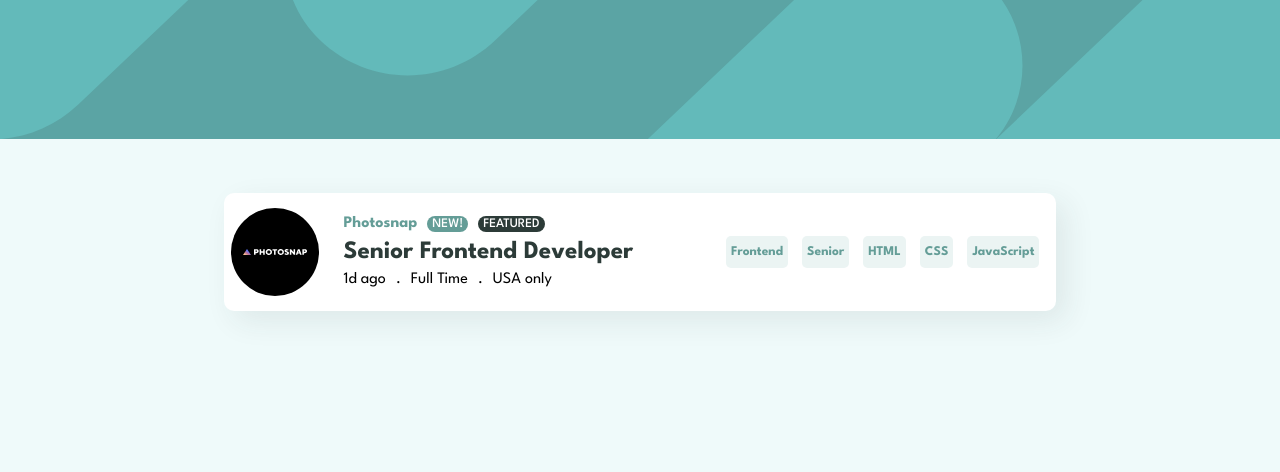
Repository: Eldream12/JobListing
Page: index.html
An editor plug-in stored every save of this project. The page is shown before and after a run of saves, followed by the edit.
The browser window is 1280 px wide. The pictures show the whole page.

Above is the page before, as saved 2025-03-31 21:17:10.

After the next 2 saves:
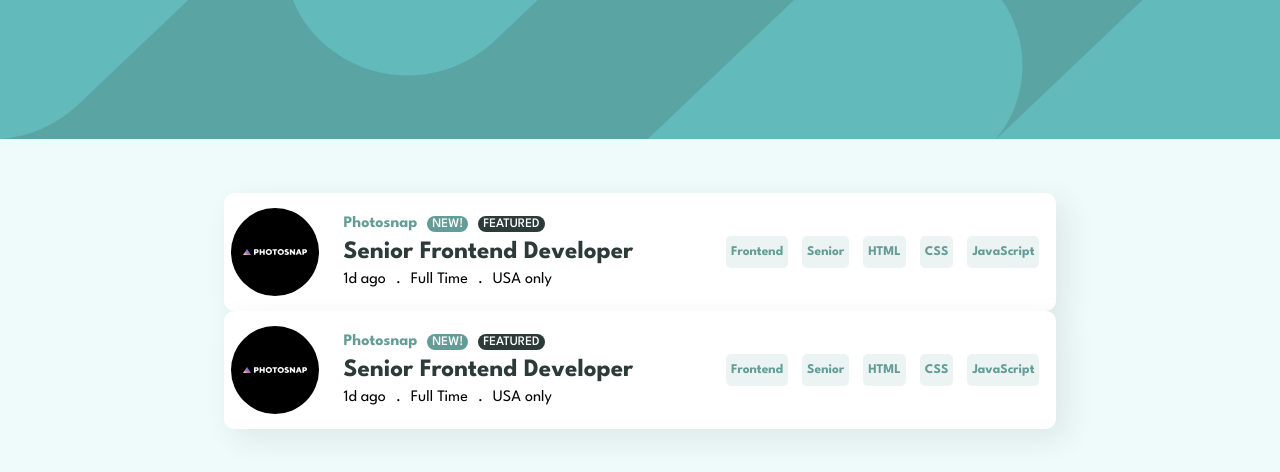
The 2 saves are shown as one change because they came seconds apart.
The last was saved 35 s later.
--- a/index.html
+++ b/index.html
@@ -50,6 +50,41 @@
 						<button>JavaScript</button>
 					</div>
 				</div>
+
+								<div class="content">
+					<div class="ctn">
+						<img src="Images/photosnap.svg" alt="photosnap" />
+						<div class="content-text">
+							<div class="txt-1">
+								<h4>Photosnap</h4>
+								<div class="btn-1">
+									<button>NEW!</button>
+								</div>
+								<div class="btn-2">
+									<button>FEATURED</button>
+								</div>
+							</div>
+							<div class="txt-2">
+								<h2>Senior Frontend Developer</h2>
+							</div>
+							<div class="txt-3">
+								<p>1d ago</p>
+								<p>.</p>
+								<p>Full Time</p>
+								<p>.</p>
+								<p>USA only</p>
+							</div>
+						</div>
+					</div>
+
+					<div class="btn">
+						<button>Frontend</button>
+						<button>Senior</button>
+						<button>HTML</button>
+						<button>CSS</button>
+						<button>JavaScript</button>
+					</div>
+				</div>
 			</div>
 		</main>
 		<footer></footer>
